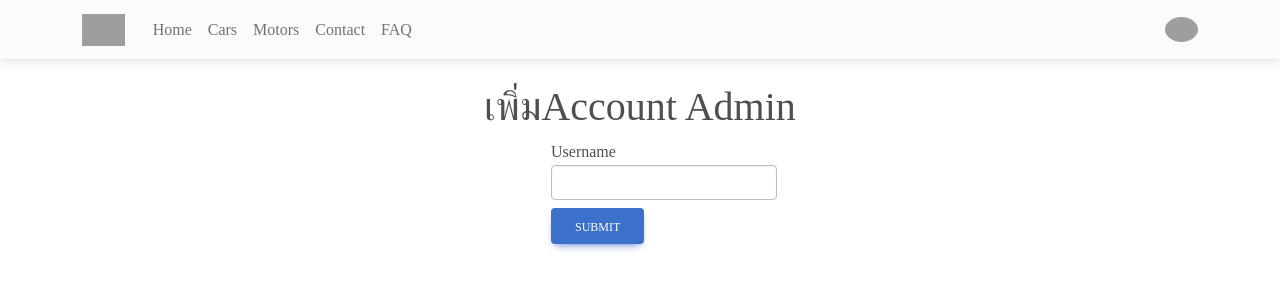
Repository: armychawakorn/Rent4U-Java
Page: http://localhost/miniproject/Admin/addusers.jsp
These files come from the project's save history. The page is drawn as it stood at one moment and after the next save; the edit follows.
The browser window is 1280 px wide. The pictures show the whole page.
Pictures or frames that could not be fetched are drawn as grey boxes. Some web fonts or font styles are not loaded; a fallback is used. Some web libraries are served in a nearby version. The page is served by Tomcat 9.

Above is the page before, as saved 2023-10-28 19:49:16.

After the next save:
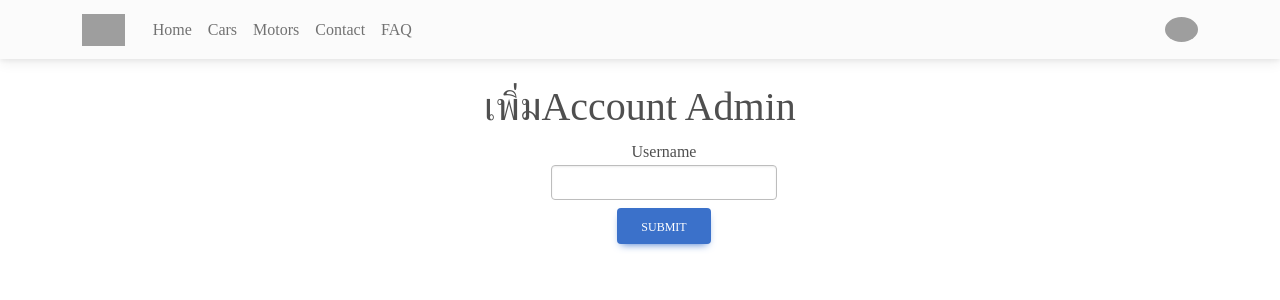
Saved 10 s later.
--- a/miniproject/src/main/webapp/Admin/addusers.jsp
+++ b/miniproject/src/main/webapp/Admin/addusers.jsp
@@ -24,7 +24,7 @@
 		<div class="pt-4 text-center">
 			<h1>เพิ่มAccount Admin</h1>
 		</div>
-		<div class="d-flex justify-content-center">
+		<div class="d-flex justify-content-center text-center">
 			<form action="../Backend/AddUser.jsp" method="POST" class="ps-5">
 				<div class="form-group">
 					<label for="Customer">Username</label> <input type="text"
